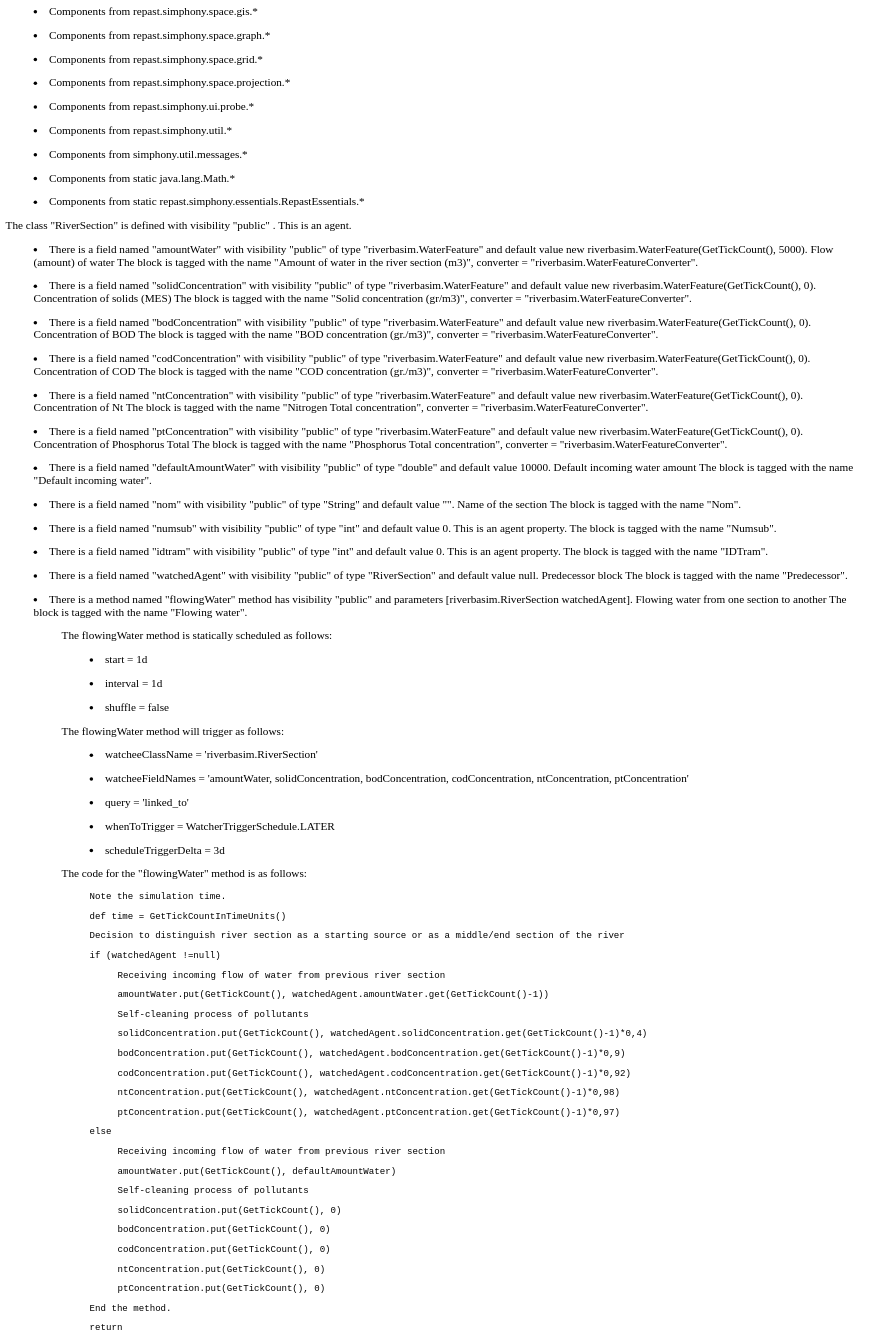
Repository: kemlg/RiverBaSim
Page: RiverBaSim/docs/.RiverSection.html
An editor plug-in stored every save of this project. The page is shown before and after the next save, followed by the edit.
The browser window is 1280 px wide. The pictures show the part of the page from y = 1089 to 3009 px (the page is 3009 px tall before and 2477 px after), at 70% of full size.

Above is the page before, as saved 2013-07-20 14:13:35.

### RiverBaSim/docs/.RiverSection.html
<HTML><FONT FACE=Arial, Verdana, Sans><TITLE>RiverSection.agent</TITLE><BODY><STYLE TYPE="text/css"><!--.centeralign <BLOCKQUOTE>text-align:center</BLOCKQUOTE>--></STYLE><HEAD><P CLASS="centeralign">RiverSection.agent</P></HEAD>The package name is "bin.riverbasim".</p>
The following external code is referenced:<BLOCKQUOTE></p>
<li>Components from java.io.*</li></p>
<li>Components from java.math.*</li></p>
<li>Components from java.util.*</li></p>
<li>Components from javax.measure.unit.*</li></p>
<li>Components from org.jscience.mathematics.number.*</li></p>
<li>Components from org.jscience.mathematics.vector.*</li></p>
<li>Components from org.jscience.physics.amount.*</li></p>
<li>Components from repast.simphony.adaptation.neural.*</li></p>
<li>Components from repast.simphony.adaptation.regression.*</li></p>
<li>Components from repast.simphony.context.*</li></p>
<li>Components from repast.simphony.context.space.continuous.*</li></p>
<li>Components from repast.simphony.context.space.gis.*</li></p>
<li>Components from repast.simphony.context.space.graph.*</li></p>
<li>Components from repast.simphony.context.space.grid.*</li></p>
<li>Components from repast.simphony.engine.environment.*</li></p>
<li>Components from repast.simphony.engine.schedule.*</li></p>
<li>Components from repast.simphony.engine.watcher.*</li></p>
<li>Components from repast.simphony.groovy.math.*</li></p>
<li>Components from repast.simphony.integration.*</li></p>
<li>Components from repast.simphony.matlab.link.*</li></p>
<li>Components from repast.simphony.query.*</li></p>
<li>Components from repast.simphony.query.space.continuous.*</li></p>
<li>Components from repast.simphony.query.space.gis.*</li></p>
<li>Components from repast.simphony.query.space.graph.*</li></p>
<li>Components from repast.simphony.query.space.grid.*</li></p>
<li>Components from repast.simphony.query.space.projection.*</li></p>
<li>Components from repast.simphony.parameter.*</li></p>
<li>Components from repast.simphony.random.*</li></p>
<li>Components from repast.simphony.space.continuous.*</li></p>
<li>Components from repast.simphony.space.gis.*</li></p>
<li>Components from repast.simphony.space.graph.*</li></p>
<li>Components from repast.simphony.space.grid.*</li></p>
<li>Components from repast.simphony.space.projection.*</li></p>
<li>Components from repast.simphony.ui.probe.*</li></p>
<li>Components from repast.simphony.util.*</li></p>
<li>Components from simphony.util.messages.*</li></p>
<li>Components from static java.lang.Math.*</li></p>
<li>Components from static repast.simphony.essentials.RepastEssentials.*</li></p>
</BLOCKQUOTE><P></p>
The class "RiverSection" is defined with visibility "public" . This is an agent.</p>
 <BLOCKQUOTE></p>
</p>
    <li>There is a field named "amountWater" with visibility "public" of type "riverbasim.WaterFeature" and default value new riverbasim.WaterFeature(GetTickCount(), 5000). Flow (amount) of water The block is tagged with the name "Amount of water in the river section (m3)", converter = "riverbasim.WaterFeatureConverter".</li></p>
</p>
    <li>There is a field named "solidConcentration" with visibility "public" of type "riverbasim.WaterFeature" and default value new riverbasim.WaterFeature(GetTickCount(), 0). Concentration of solids (MES) The block is tagged with the name "Solid concentration (gr/m3)", converter = "riverbasim.WaterFeatureConverter".</li></p>
</p>
    <li>There is a field named "bodConcentration" with visibility "public" of type "riverbasim.WaterFeature" and default value new riverbasim.WaterFeature(GetTickCount(), 0). Concentration of BOD The block is tagged with the name "BOD concentration (gr./m3)", converter = "riverbasim.WaterFeatureConverter".</li></p>
</p>
    <li>There is a field named "codConcentration" with visibility "public" of type "riverbasim.WaterFeature" and default value new riverbasim.WaterFeature(GetTickCount(), 0). Concentration of COD The block is tagged with the name "COD concentration (gr./m3)", converter = "riverbasim.WaterFeatureConverter".</li></p>
</p>
    <li>There is a field named "ntConcentration" with visibility "public" of type "riverbasim.WaterFeature" and default value new riverbasim.WaterFeature(GetTickCount(), 0). Concentration of Nt The block is tagged with the name "Nitrogen Total concentration", converter = "riverbasim.WaterFeatureConverter".</li></p>
</p>
    <li>There is a field named "ptConcentration" with visibility "public" of type "riverbasim.WaterFeature" and default value new riverbasim.WaterFeature(GetTickCount(), 0). Concentration of Phosphorus Total The block is tagged with the name "Phosphorus Total concentration", converter = "riverbasim.WaterFeatureConverter".</li></p>
</p>
    <li>There is a field named "defaultAmountWater" with visibility "public" of type "double" and default value 10000. Default incoming water amount The block is tagged with the name "Default incoming water".</li></p>
</p>
    <li>There is a field named "nom" with visibility "public" of type "String" and default value "". Name of the section The block is tagged with the name "Nom".</li></p>
</p>
    <li>There is a field named "numsub" with visibility "public" of type "int" and default value 0. This is an agent property. The block is tagged with the name "Numsub".</li></p>
</p>
    <li>There is a field named "idtram" with visibility "public" of type "int" and default value 0. This is an agent property. The block is tagged with the name "IDTram".</li></p>
</p>
    <li>There is a field named "watchedAgent" with visibility "public" of type "RiverSection" and default value null. Predecessor block The block is tagged with the name "Predecessor".</li></p>
</p>
    </p>
    </p>
        <li>There is a method named "flowingWater" method has visibility     "public" and parameters [riverbasim.RiverSection watchedAgent]. Flowing water from one section to another The block is tagged with the name "Flowing water".</li></p>
    </p>
    </p>
    <BLOCKQUOTE>The flowingWater method is statically scheduled as follows:<BLOCKQUOTE></p>
        <li>start = 1d</li></p>
        <li>interval = 1d</li></p>
        <li>shuffle = false</li></p>
    </BLOCKQUOTE></BLOCKQUOTE></p>
    <BLOCKQUOTE>The flowingWater method will trigger as follows:<BLOCKQUOTE></p>
        <li>watcheeClassName = 'riverbasim.RiverSection'</li></p>
        <li>watcheeFieldNames = 'amountWater, solidConcentration, bodConcentration, codConcentration, ntConcentration, ptConcentration'</li></p>
        <li>query = 'linked_to'</li></p>
        <li>whenToTrigger = WatcherTriggerSchedule.LATER</li></p>
        <li>scheduleTriggerDelta = 3d</li></p>
    </BLOCKQUOTE></BLOCKQUOTE></p>
 <BLOCKQUOTE>The code for the "flowingWater" method is as follows:<BLOCKQUOTE><CODE></p>
</p>
</p>
         Note the simulation time.</p>
        def time = GetTickCountInTimeUnits()</p>
</p>
</p>
         Decision to distinguish river section as a starting source or as a middle/end section of the river</p>
        if (watchedAgent !=null) <BLOCKQUOTE></p>
</p>
             Receiving incoming flow of water from previous river section</p>
            amountWater.put(GetTickCount(), watchedAgent.amountWater.get(GetTickCount()-1))</p>
             Self-cleaning process of pollutants</p>
            solidConcentration.put(GetTickCount(), watchedAgent.solidConcentration.get(GetTickCount()-1)*0,4)</p>
            bodConcentration.put(GetTickCount(), watchedAgent.bodConcentration.get(GetTickCount()-1)*0,9)</p>
            codConcentration.put(GetTickCount(), watchedAgent.codConcentration.get(GetTickCount()-1)*0,92)</p>
            ntConcentration.put(GetTickCount(), watchedAgent.ntConcentration.get(GetTickCount()-1)*0,98)</p>
            ptConcentration.put(GetTickCount(), watchedAgent.ptConcentration.get(GetTickCount()-1)*0,97)</p>
</p>
        </BLOCKQUOTE> else  <BLOCKQUOTE></p>
</p>
             Receiving incoming flow of water from previous river section</p>
            amountWater.put(GetTickCount(), defaultAmountWater)</p>
             Self-cleaning process of pollutants</p>
            solidConcentration.put(GetTickCount(), 0)</p>
            bodConcentration.put(GetTickCount(), 0)</p>
            codConcentration.put(GetTickCount(), 0)</p>
            ntConcentration.put(GetTickCount(), 0)</p>
            ptConcentration.put(GetTickCount(), 0)</p>
</p>
        </BLOCKQUOTE></p>
         End the method.</p>
        return</p>
</p>
    </BLOCKQUOTE></BLOCKQUOTE></CODE></p>
</p>
</p>
</p>
</BLOCKQUOTE></p>
</p>
</BODY></HTML>

After the next save:
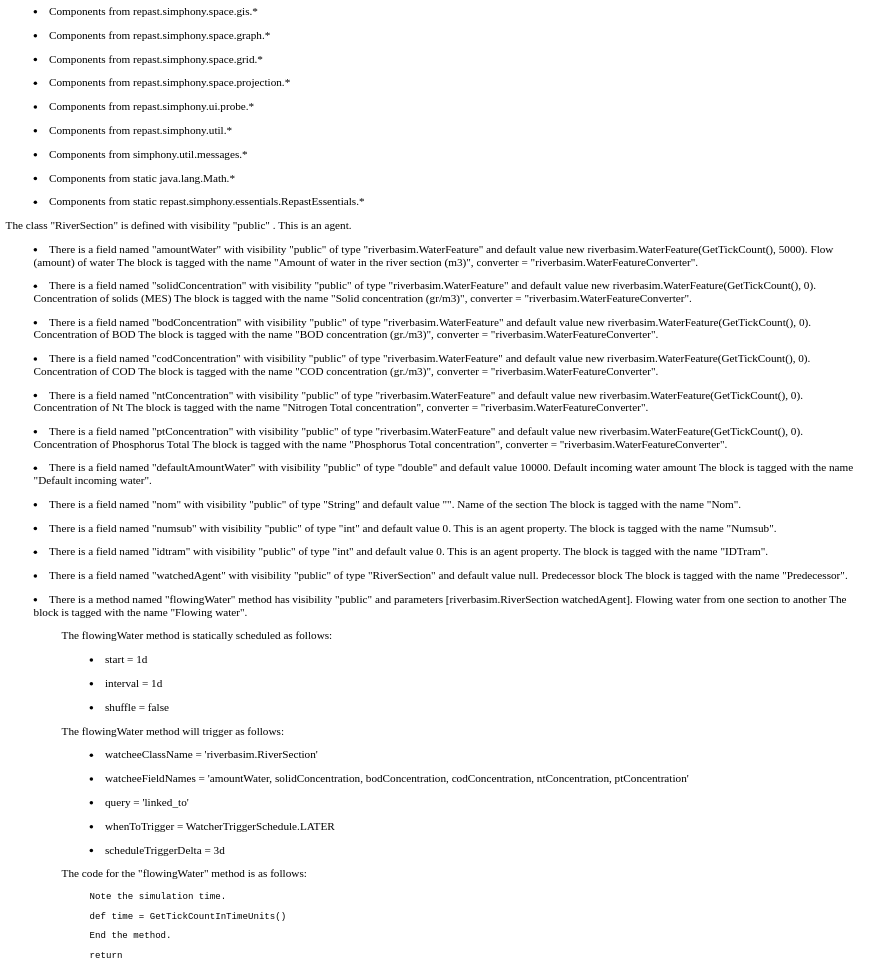
Saved 2 s later.
--- a/RiverBaSim/docs/.RiverSection.html
+++ b/RiverBaSim/docs/.RiverSection.html
@@ -87,31 +87,6 @@ The class "RiverSection" is defined with visibility "public" . This is an agent.
          Note the simulation time.</p>
         def time = GetTickCountInTimeUnits()</p>
 </p>
-</p>
-         Decision to distinguish river section as a starting source or as a middle/end section of the river</p>
-        if (watchedAgent !=null) <BLOCKQUOTE></p>
-</p>
-             Receiving incoming flow of water from previous river section</p>
-            amountWater.put(GetTickCount(), watchedAgent.amountWater.get(GetTickCount()-1))</p>
-             Self-cleaning process of pollutants</p>
-            solidConcentration.put(GetTickCount(), watchedAgent.solidConcentration.get(GetTickCount()-1)*0,4)</p>
-            bodConcentration.put(GetTickCount(), watchedAgent.bodConcentration.get(GetTickCount()-1)*0,9)</p>
-            codConcentration.put(GetTickCount(), watchedAgent.codConcentration.get(GetTickCount()-1)*0,92)</p>
-            ntConcentration.put(GetTickCount(), watchedAgent.ntConcentration.get(GetTickCount()-1)*0,98)</p>
-            ptConcentration.put(GetTickCount(), watchedAgent.ptConcentration.get(GetTickCount()-1)*0,97)</p>
-</p>
-        </BLOCKQUOTE> else  <BLOCKQUOTE></p>
-</p>
-             Receiving incoming flow of water from previous river section</p>
-            amountWater.put(GetTickCount(), defaultAmountWater)</p>
-             Self-cleaning process of pollutants</p>
-            solidConcentration.put(GetTickCount(), 0)</p>
-            bodConcentration.put(GetTickCount(), 0)</p>
-            codConcentration.put(GetTickCount(), 0)</p>
-            ntConcentration.put(GetTickCount(), 0)</p>
-            ptConcentration.put(GetTickCount(), 0)</p>
-</p>
-        </BLOCKQUOTE></p>
          End the method.</p>
         return</p>
 </p>
